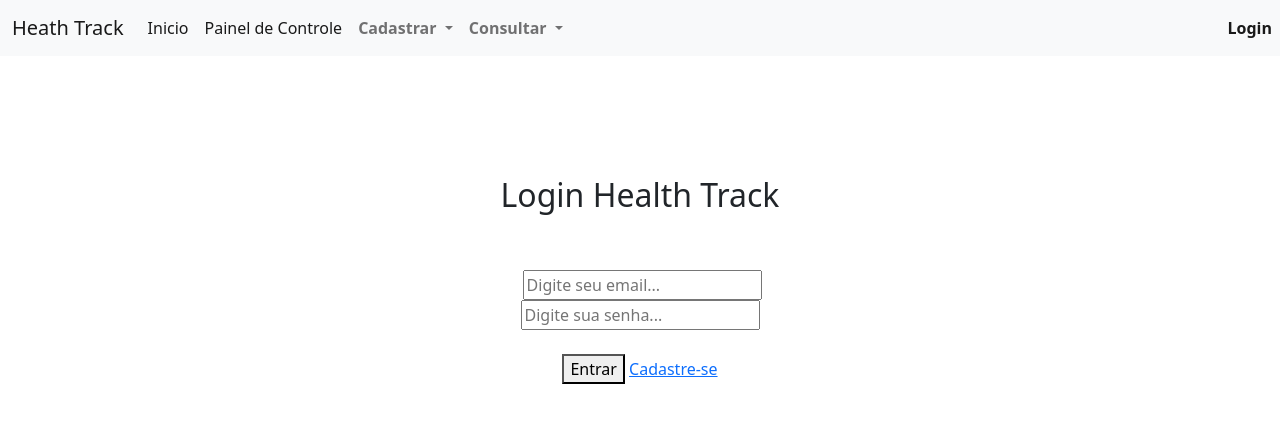
Repository: FellipySantos/HealthTrack_Finalizado
Page: http://localhost/JSPs/login.jsp
The author's editor kept a copy of each file at every save. The page is drawn from the files as they stood at one save, then again after the next save.
The browser window is 1280 px wide. The pictures show the whole page.
The page is served by Tomcat 9. Other server files are loaded and not shown.

Above is the page before, as saved 2021-11-22 09:45:49.

### JSP/JSPs/WebContent/login.jsp
<%@ page language="java" contentType="text/html; charset=ISO-8859-1"
    pageEncoding="ISO-8859-1"%>
<!DOCTYPE html PUBLIC "-//W3C//DTD HTML 4.01 Transitional//EN" "http://www.w3.org/TR/html4/loose.dtd">
<html>
<head>
<meta http-equiv="Content-Type" content="text/html; charset=ISO-8859-1">
<title>Health Track</title>
<%@ include file="header.jsp" %>
</head>
<body>
<%@ include file="menu.jsp" %>

<br><br><br><br><br>



<center><body>
    <div>
         <h2>Login Health Track</h2>
        <form id="formLogin" method="Post" action="login"> <br><br>
            <label id="msg"></label>
            <input type="email" name="email" id="email" placeholder="Digite seu email..." required><br>
            <input type="password" name="senha" id="senha" placeholder="Digite sua senha..." required><br><br>
            <button type="submit">Entrar</button>
            <a href="cadastro-atleta.jsp" >Cadastre-se</a>
        </form>
    </div>

    </center>
</body>



<%@ include file="footer.jsp" %>
</body>
</html>

### JSP/JSPs/WebContent/header.jsp
<%@ page language="java" contentType="text/html; charset=ISO-8859-1"
    pageEncoding="ISO-8859-1"%>
<!DOCTYPE html>
<html>
<head>
<meta charset="ISO-8859-1">

<link rel="stylesheet" type="text/css" href="resources/css/bootstrap.css">
<link rel="stylesheet" type="text/css" href="resources/css/bootstrap-grid.css">
<link rel="stylesheet" type="text/css" href="resources/css/bootstrap-reboot.css">

<script type="text/javascript" src="resources/js/jquery-3.6.0.min.js"></script>
<script type="text/javascript" src="resources/js/popper.min.js"></script>
<script type="text/javascript" src="resources/js/bootstrap.min.js"></script>
<script type="text/javascript" src="resources/js/bootstrap.min.js"></script>

<script src="https://stackpath.bootstrapcdn.com/bootstrap/4.3.1/js/bootstrap.min.js" integrity="sha384-JjSmVgyd0p3pXB1rRibZUAYoIIy6OrQ6VrjIEaFf/nJGzIxFDsf4x0xIM+B07jRM" crossorigin="anonymous"></script>


</head>






<body>



</body>



</html>

### JSP/JSPs/WebContent/menu.jsp

   <nav class="navbar navbar-expand-lg navbar-light bg-light">
        <div class="container-fluid">
          <a class="navbar-brand" href="index.jsp">Heath Track</a>
          <button class="navbar-toggler" type="button" data-bs-toggle="collapse" data-bs-target="#navbarSupportedContent" aria-controls="navbarSupportedContent" aria-expanded="false" aria-label="Toggle navigation">
            <span class="navbar-toggler-icon"></span>
          </button>
          <div class="collapse navbar-collapse" id="navbarSupportedContent">
            <ul class="navbar-nav me-auto mb-2 mb-lg-0">
              <li class="nav-item">
                <a class="nav-link active" aria-current="page" href="index.jsp">Inicio</a>
              </li>
              <li class="nav-item">
                <a class="nav-link active" aria-current="page" href="painel.jsp">Painel de Controle</a>
              </li>
              <li class="nav-item dropdown">
                <a class="nav-link dropdown-toggle" href="#" id="navbarDropdown" role="button" data-bs-toggle="dropdown" aria-expanded="false">
                  <b>Cadastrar</b>
                </a>
                <ul class="dropdown-menu" aria-labelledby="navbarDropdown">
                  <li><a class="dropdown-item" href="cadastro-dieta.jsp">Dieta</a></li>
                  <li><a class="dropdown-item" href="cadastro-pressao.jsp">Pressão</a></li>
                  <li><a class="dropdown-item" href="cadastro-treino.jsp">Treino</a></li>
                  <li><a class="dropdown-item" href="cadastro-imc.jsp">Imc</a></li>
                   <li><hr class="dropdown-divider"></li>
                  <li><a class="dropdown-item" href="cadastro-atleta.jsp">Atleta</a></li>
                  <li><a class="dropdown-item" href="cadastro-nutri.jsp">Nutricionista</a></li>
                  <li><a class="dropdown-item" href="cadastro-treinador.jsp">Treinador</a></li>
                </ul>
              </li>

                 <li class="nav-item dropdown">
                <a class="nav-link dropdown-toggle" href="#" id="navbarDropdown" role="button" data-bs-toggle="dropdown" aria-expanded="false">
                  <b>Consultar</b>
                </a>
                <ul class="dropdown-menu" aria-labelledby="navbarDropdown">
                  <li><a class="dropdown-item" href="dieta?acao=listar">Dieta</a></li>
                  <li><a class="dropdown-item" href="pressao?acao=listar">Pressão</a></li>
                  <li><a class="dropdown-item" href="treino?acao=listar">Treino</a></li>
                  <li><a class="dropdown-item" href="imc?acao=listar">Imc</a></li>
                  <li><hr class="dropdown-divider"></li>
                  <li><a class="dropdown-item" href="atleta?acao=listar">Atleta</a></li>
                  <li><a class="dropdown-item" href="nutri?acao=listar">Nutricionista</a></li>
                  <li><a class="dropdown-item" href="treinador?acao=listar">Treinador</a></li>
                </ul>
              </li>


            </ul>

          </div>

        </div>
        <div class="collapse navbar-collapse" id="navbarSupportedContent">
          <ul class="navbar-nav me-auto mb-2 mb-lg-0">
            <li class="nav-item">
              <b><a class="nav-link active" aria-current="page" href="login.jsp">Login</a></b>
            </li>
            </ul>
            </div>



      </nav>

### JSP/JSPs/WebContent/footer.jsp
<%@ page language="java" contentType="text/html; charset=ISO-8859-1"
    pageEncoding="ISO-8859-1"%>
<!DOCTYPE html>
<html>
<head>
<meta charset="ISO-8859-1">

<script type="text/javascript" src="resources/js/jquery-3.6.0.min.js"></script>
<script type="text/javascript" src="resources/js/bootstrap.min.js"></script>

</head>





<body>


</body>
</html>

Loaded but not shown: JSP/JSPs/WebContent/resources/css/bootstrap.css (library); JSP/JSPs/WebContent/resources/css/bootstrap-grid.css (library); JSP/JSPs/WebContent/resources/css/bootstrap-reboot.css (library); JSP/JSPs/WebContent/resources/js/jquery-3.6.0.min.js (library); JSP/JSPs/WebContent/resources/js/popper.min.js (library); JSP/JSPs/WebContent/resources/js/bootstrap.min.js (library)

After the next save:
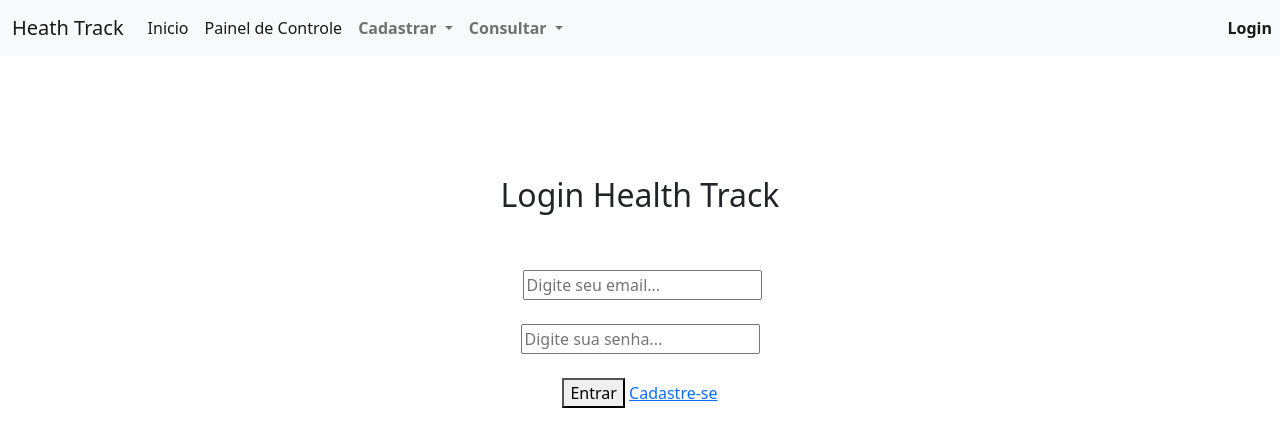
Saved 114 s later.
--- a/JSP/JSPs/WebContent/login.jsp
+++ b/JSP/JSPs/WebContent/login.jsp
@@ -19,7 +19,7 @@
          <h2>Login Health Track</h2>
         <form id="formLogin" method="Post" action="login"> <br><br>
             <label id="msg"></label>
-            <input type="email" name="email" id="email" placeholder="Digite seu email..." required><br>
+            <input type="email" name="email" id="email" placeholder="Digite seu email..." required><br><br>
             <input type="password" name="senha" id="senha" placeholder="Digite sua senha..." required><br><br>
             <button type="submit">Entrar</button>
             <a href="cadastro-atleta.jsp" >Cadastre-se</a>
